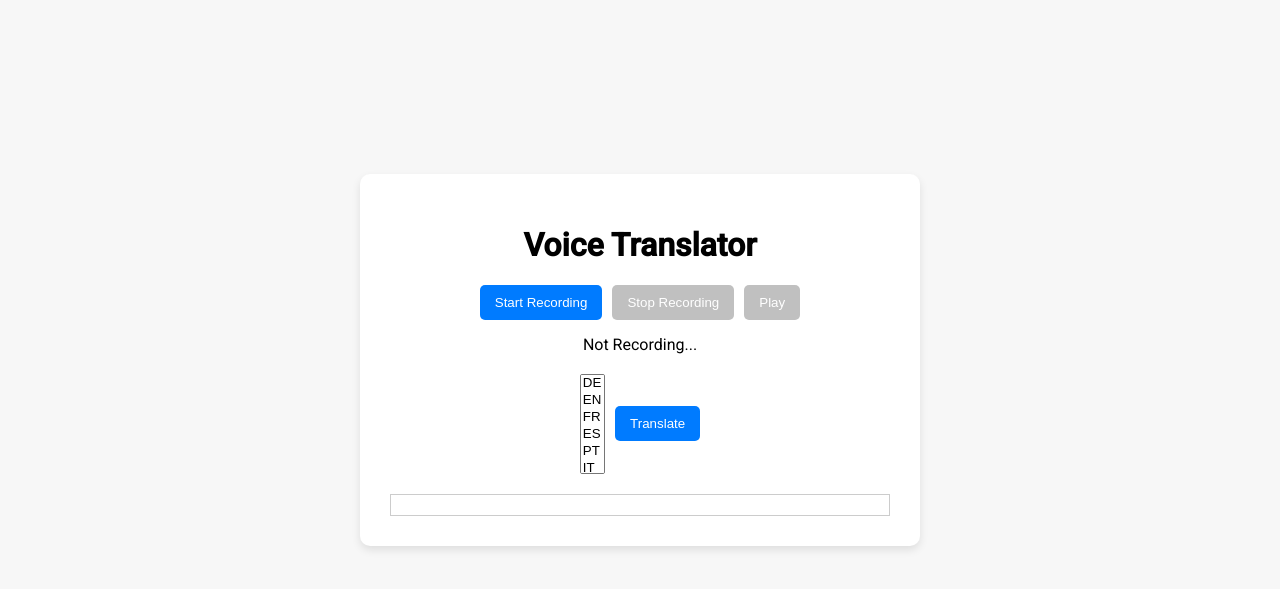
Repository: Tobby004/voice-and-text-translator
Page: index.html
The author's editor kept a copy of each file at every save. The page is drawn from the files as they stood at one save, then again after the next save.
The browser window is 1280 px wide. The pictures show the whole page.

Above is the page before, as saved 2023-08-30 09:34:56.

### index.html
<!DOCTYPE html>
<html lang="en">
<head>
    <meta charset="UTF-8">
    <meta http-equiv="X-UA-Compatible" content="IE=edge">
    <meta name="viewport" content="width=device-width, initial-scale=1.0">
    <title>Voice Translator</title>
    <link rel="stylesheet" href="style.css">
    <link href="https://fonts.googleapis.com/css2?family=Roboto:wght@400;500&display=swap" rel="stylesheet">
</head>
<body>
    <div class="container">
        <h1>Voice Translator</h1>
        <div class="controls">
            <button id="startRecord">Start Recording</button>
            <button id="stopRecord" disabled>Stop Recording</button>
            <button id="playAudio" disabled>Play</button>
            <a id="downloadAudio" href="#" download="recording.wav" style="display: none;">Download Recording</a>
        </div>
        <div id="recordingStatus">Not Recording...</div>
        <audio id="audioPlayer" controls style="display:none;"></audio>

        <div class="translation-controls">
            <select id="languageSelect" multiple></select>
            <button id="translate">Translate</button>
        </div>
        <div id="translatedTextContainer">
            <!-- Translated texts will be appended here -->
        </div>
    </div>
    <script src="translator.js"></script>
    <script src="app.js"></script>
</body>
</html>

### style.css
body {
    font-family: 'Roboto', sans-serif;
    background-color: #f7f7f7;
    display: flex;
    justify-content: center;
    align-items: center;
    height: 100vh;
    margin: 0;
}

.container {
    background: white;
    padding: 30px;
    border-radius: 10px;
    box-shadow: 0 4px 8px rgba(0, 0, 0, 0.1);
    width: 80%;
    max-width: 500px;
}

h1 {
    text-align: center;
}

.controls {
    display: flex;
    gap: 10px;
    justify-content: center;
    margin-top: 20px;
}

button {
    cursor: pointer;
    padding: 10px 15px;
    border: none;
    border-radius: 5px;
    background-color: #007BFF;
    color: white;
    transition: background-color 0.3s;
}

button:hover {
    background-color: #0056b3;
}

button:disabled {
    background-color: #c0c0c0;
    cursor: not-allowed;
}

#recordingStatus {
    text-align: center;
    margin-top: 15px;
}

#audioPlayer {
    width: 100%;
    margin-top: 10px;
}

.translation-controls {
    display: flex;
    gap: 10px;
    justify-content: center;
    align-items: center;
    margin-top: 20px;
}

#languageSelect {
    height: 100px;
}

#translatedTextContainer {
    margin-top: 20px;
    padding: 10px;
    border: 1px solid #ccc;
}

### translator.js
const DEEPL_API_ENDPOINT = "https://api-free.deepl.com/v2/translate";
const DEEPL_API_KEY = "b24af2b0-f0af-b39e-0c85-fb0731487499:fx";  // Replace with your actual DeepL API key

async function translateWithDeepL(sourceLang, targetLang, text) {
    const requestData = {
        auth_key: DEEPL_API_KEY,
        source_lang: sourceLang,
        target_lang: targetLang,
        text: text
    };

    const response = await fetch(DEEPL_API_ENDPOINT, {
        method: 'POST',
        headers: {
            'Content-Type': 'application/json'
        },
        body: JSON.stringify(requestData)
    });

    if (!response.ok) {
        throw new Error("Failed to translate using DeepL");
    }

    const data = await response.json();
    return data.translations[0].text;
}

// This function populates the language dropdown with supported languages
async function populateLanguageDropdown() {
    // Placeholder for supported languages by DeepL
    const supportedLanguages = ["DE", "EN", "FR", "ES", "PT", "IT", "NL", "PL", "RU", "JA", "ZH"];
    const languageSelect = document.getElementById("languageSelect");
    for (let lang of supportedLanguages) {
        let option = document.createElement("option");
        option.value = lang;
        option.textContent = lang;  // You can enhance this by mapping language codes to full language names
        languageSelect.appendChild(option);
    }
}

// Call the function to populate the dropdown on page load
document.addEventListener('DOMContentLoaded', populateLanguageDropdown);

### app.js
let mediaRecorder;
let audioChunks = [];
let audioBlob;
let audioUrl;
let audio = new Audio();
let recordingInterval;

document.getElementById("startRecord").addEventListener("click", startRecording);
document.getElementById("stopRecord").addEventListener("click", stopRecording);
document.getElementById("playAudio").addEventListener("click", playLastRecording);
document.getElementById("translate").addEventListener("click", translateRecording);

async function startRecording() {
    audioChunks = []; // Clear previous recording chunks
    audioBlob = null; // Reset previous audio blob
    audioUrl = null; // Reset previous audio URL

    let stream = await navigator.mediaDevices.getUserMedia({ audio: true });
    mediaRecorder = new MediaRecorder(stream);
    mediaRecorder.ondataavailable = event => {
        audioChunks.push(event.data);
    };
    mediaRecorder.onstop = () => {
        audioBlob = new Blob(audioChunks, { type: 'audio/wav' });
        audioUrl = URL.createObjectURL(audioBlob);
        audio.src = audioUrl;

        const audioPlayer = document.getElementById("audioPlayer");
        audioPlayer.src = audioUrl;
        audioPlayer.style.display = "block";

        const downloadLink = document.getElementById("downloadAudio");
        downloadLink.href = audioUrl;
        downloadLink.style.display = "block";
    };
    mediaRecorder.start();
    document.getElementById("startRecord").disabled = true;
    document.getElementById("stopRecord").disabled = false;

    let recordingDuration = 0;
    document.getElementById("recordingStatus").textContent = "Recording: 00:00";
    recordingInterval = setInterval(() => {
        recordingDuration += 1;
        let minutes = Math.floor(recordingDuration / 60);
        let seconds = recordingDuration % 60;
        document.getElementById("recordingStatus").textContent = `Recording: ${String(minutes).padStart(2, '0')}:${String(seconds).padStart(2, '0')}`;
    }, 1000);
}

function stopRecording() {
    mediaRecorder.stop();
    document.getElementById("startRecord").disabled = false;
    document.getElementById("stopRecord").disabled = true;
    document.getElementById("playAudio").disabled = false;

    clearInterval(recordingInterval);
    document.getElementById("recordingStatus").textContent = "Recording Stopped";
}

function playLastRecording() {
    const audioPlayer = document.getElementById("audioPlayer");
    audioPlayer.currentTime = 0;
    audioPlayer.play();
}

async function translateRecording() {
    if (!audioBlob) {
        alert("Please record something first!");
        return;
    }

    // Placeholder for sending the audioBlob to a voice-to-text service
    let transcribedText = "This is a placeholder for the transcribed text.";

    const sourceLang = 'EN';  // DeepL uses uppercase language codes
    const languageSelect = document.getElementById("languageSelect");
    const selectedLanguages = Array.from(languageSelect.selectedOptions).map(option => option.value);

    const translatedContainer = document.getElementById("translatedTextContainer");
    translatedContainer.innerHTML = "";  // Clear previous translations

    for (let targetLang of selectedLanguages) {
        let translated = await translateWithDeepL(sourceLang, targetLang, transcribedText);
        let translatedDiv = document.createElement("div");
        translatedDiv.textContent = `Translation (${targetLang}): ${translated}`;
        translatedContainer.appendChild(translatedDiv);
    }
}


// Populate the language dropdown on page load
populateLanguageDropdown();

After the next save:
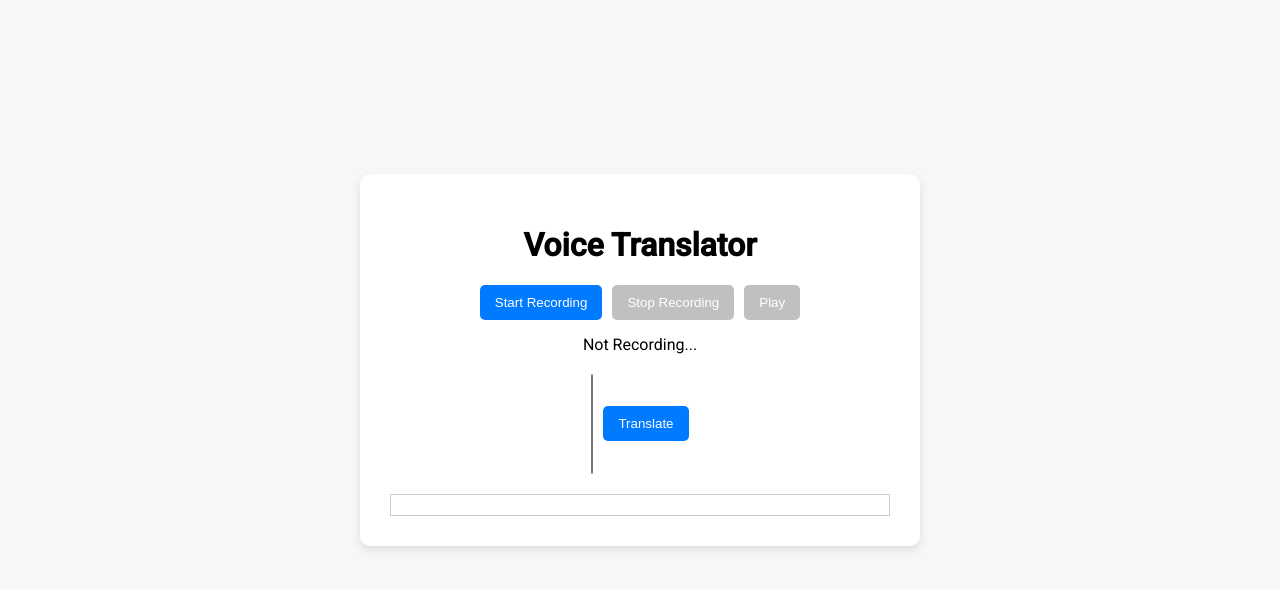
Console error: SyntaxError: Identifier 'DEEPL_API_ENDPOINT' has already been declared
Saved 11 min 4 s later.
--- a/translator.js
+++ b/translator.js
@@ -1,3 +1,5 @@
+
+const DEEPL_API_ENDPOINT = "https://cors-anywhere.herokuapp.com/https://api-free.deepl.com/v2/translate";
 const DEEPL_API_ENDPOINT = "https://api-free.deepl.com/v2/translate";
 const DEEPL_API_KEY = "b24af2b0-f0af-b39e-0c85-fb0731487499:fx";  // Replace with your actual DeepL API key
 

After the save that followed:
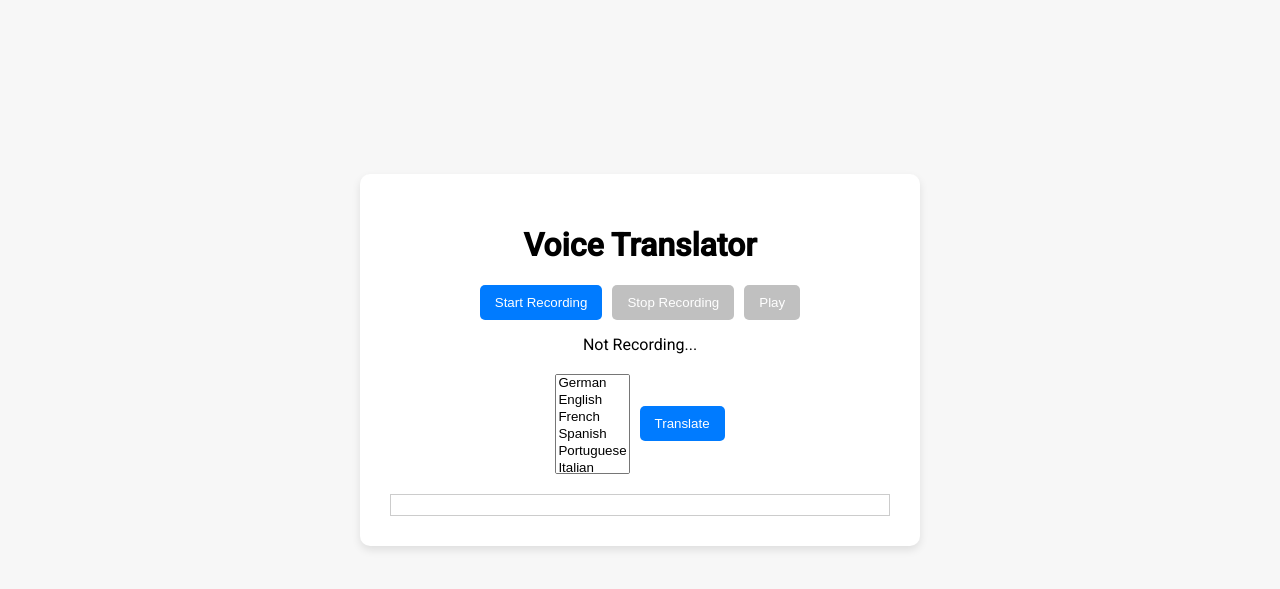
The error is gone.
Saved 5 min 50 s later.
--- a/translator.js
+++ b/translator.js
@@ -1,7 +1,6 @@
-
-const DEEPL_API_ENDPOINT = "https://cors-anywhere.herokuapp.com/https://api-free.deepl.com/v2/translate";
 const DEEPL_API_ENDPOINT = "https://api-free.deepl.com/v2/translate";
-const DEEPL_API_KEY = "b24af2b0-f0af-b39e-0c85-fb0731487499:fx";  // Replace with your actual DeepL API key
+const PROXY_URL = "https://cors-anywhere.herokuapp.com/";
+const DEEPL_API_KEY = "YOUR_DEEPL_API_KEY";  // Replace with your actual DeepL API key
 
 async function translateWithDeepL(sourceLang, targetLang, text) {
     const requestData = {
@@ -11,7 +10,7 @@
         text: text
     };
 
-    const response = await fetch(DEEPL_API_ENDPOINT, {
+    const response = await fetch(PROXY_URL + DEEPL_API_ENDPOINT, {
         method: 'POST',
         headers: {
             'Content-Type': 'application/json'
@@ -26,16 +25,27 @@
     const data = await response.json();
     return data.translations[0].text;
 }
-
 // This function populates the language dropdown with supported languages
 async function populateLanguageDropdown() {
-    // Placeholder for supported languages by DeepL
-    const supportedLanguages = ["DE", "EN", "FR", "ES", "PT", "IT", "NL", "PL", "RU", "JA", "ZH"];
+    // Languages supported by DeepL
+    const supportedLanguages = [
+        { code: "DE", name: "German" },
+        { code: "EN", name: "English" },
+        { code: "FR", name: "French" },
+        { code: "ES", name: "Spanish" },
+        { code: "PT", name: "Portuguese" },
+        { code: "IT", name: "Italian" },
+        { code: "NL", name: "Dutch" },
+        { code: "PL", name: "Polish" },
+        { code: "RU", name: "Russian" },
+        { code: "JA", name: "Japanese" },
+        { code: "ZH", name: "Chinese" }
+    ];
     const languageSelect = document.getElementById("languageSelect");
     for (let lang of supportedLanguages) {
         let option = document.createElement("option");
-        option.value = lang;
-        option.textContent = lang;  // You can enhance this by mapping language codes to full language names
+        option.value = lang.code;
+        option.textContent = lang.name;
         languageSelect.appendChild(option);
     }
 }
--- a/app.js
+++ b/app.js
@@ -87,6 +87,5 @@ async function translateRecording() {
     }
 }
 
-
 // Populate the language dropdown on page load
 populateLanguageDropdown();
